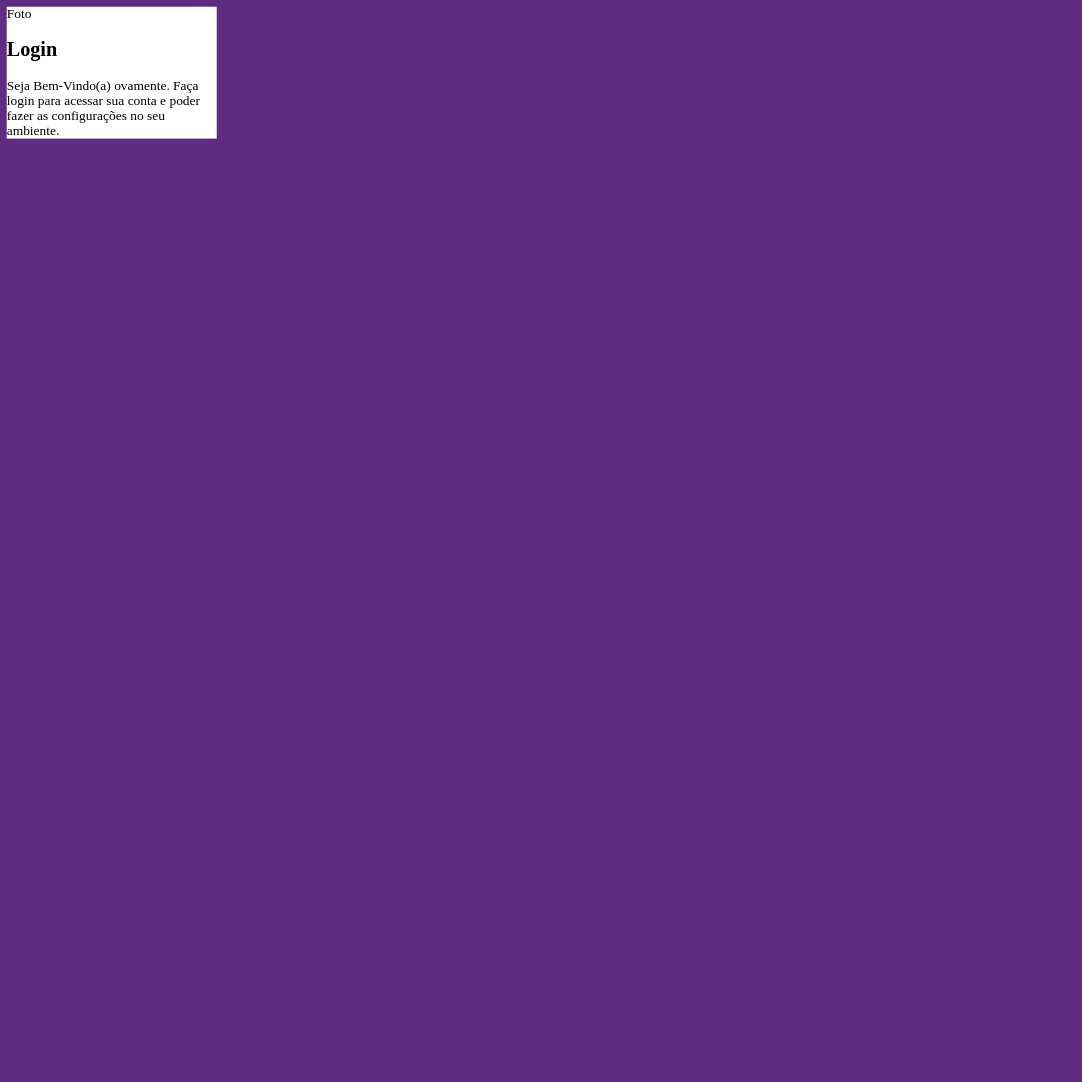
Repository: Guillermomarcon/Projeto-Login
Page: index.html
An editor plug-in stored every save of this project. The page is shown before and after the next save, followed by the edit.
The browser window is 1280 px wide. The page is 1288 px wide, so the pictures cover 1288 px, including what lies to the right of the window. The pictures show the whole page, at 84% of full size.

Above is the page before, as saved 2022-09-03 14:08:52.

After the next save:
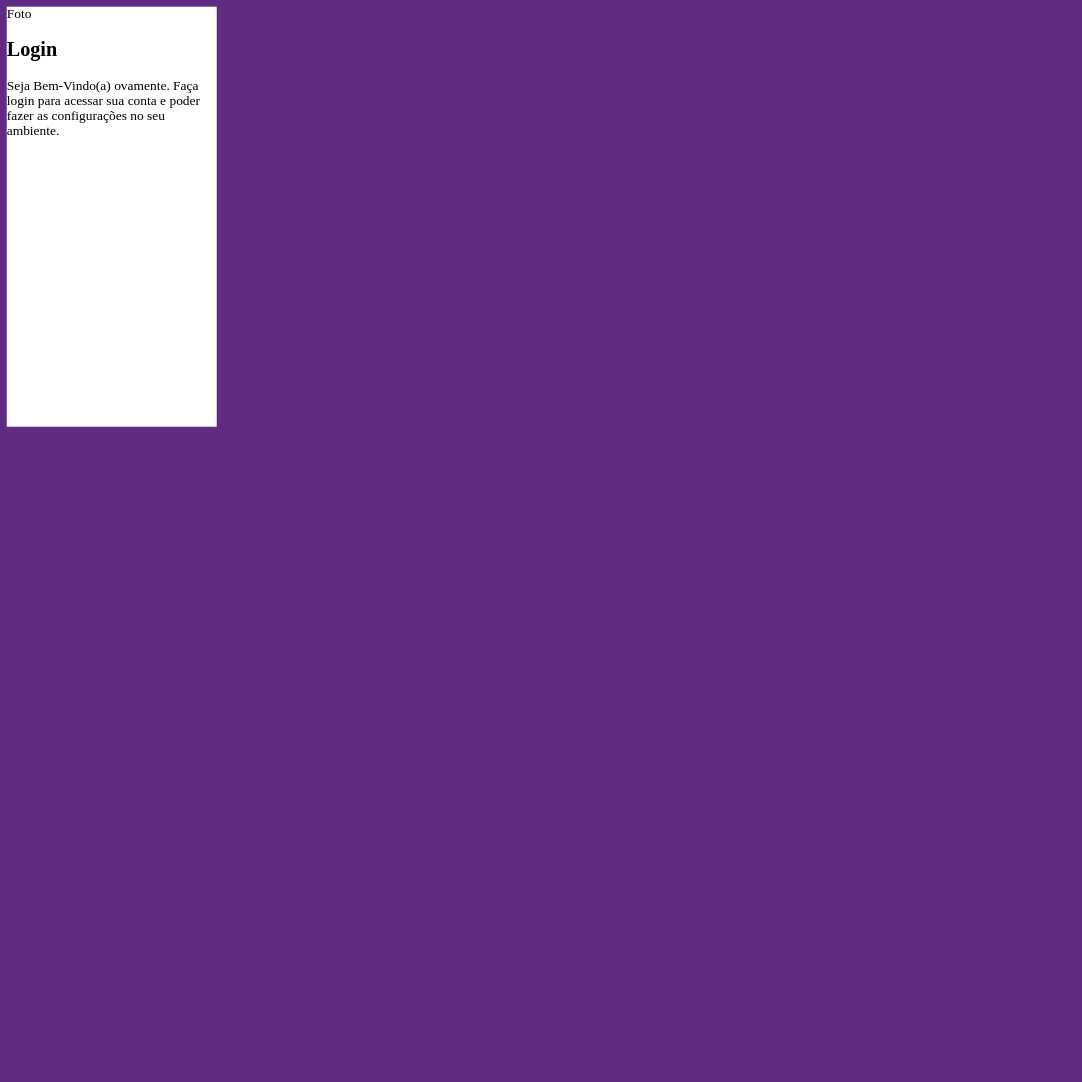
Saved 5 s later.
--- a/estilos/style.css
+++ b/estilos/style.css
@@ -29,5 +29,5 @@ main {
 section#login {
     background-color:white ;
     width: 250px;
-    h
+    height: 500px;
 }
